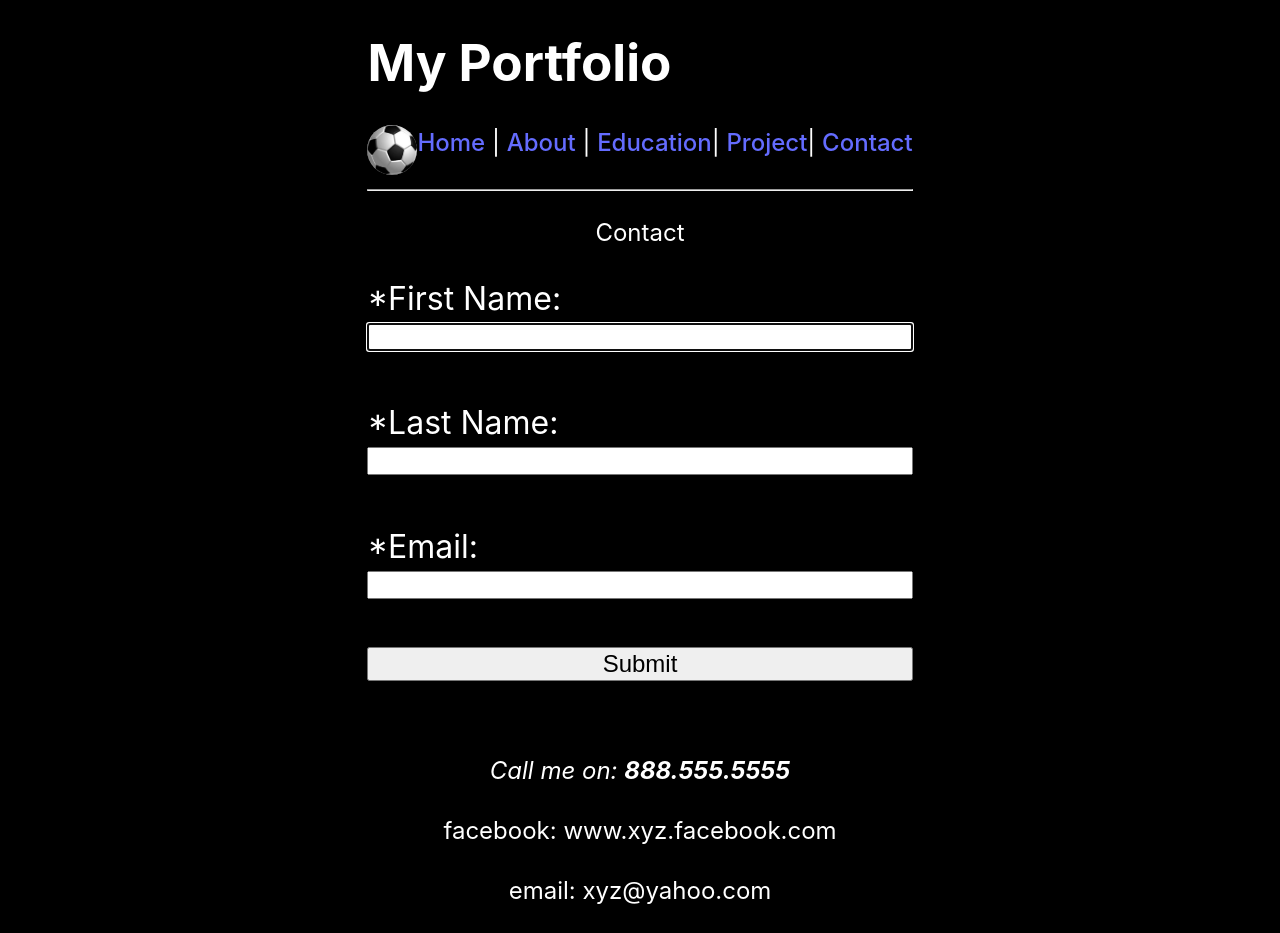
Repository: lilsooin/COMP229SEC0022024_Group_Project
Page: /contact (app in client/)
An editor plug-in stored every save of this project. The page is shown before and after a run of saves, followed by the edit.
The browser window is 1280 px wide. The pictures show the whole page.
The project was rebuilt for these pictures with package versions that can differ from the ones it lists, and the page was loaded fresh each time. Also part of the build but not shown: client/vite.config.js, client/components/Home.jsx, client/src/about.css, client/src/about.jsx, client/src/education.jsx, client/src/project.css, client/src/project.jsx.

Above is the page before, as saved 2024-10-07 18:59:48.

### client/src/App.jsx
import React from 'react';
import { BrowserRouter as Router } from 'react-router-dom';
//import { ThemeProvider } from '@material-ui/styles';
import MainRouter from '../MainRouter';
//import Contact from './contact'
//import theme from '../theme';
//import { hot } from 'react-hot-loader'
const App = () => {
 return (
 <Router>

 <MainRouter />

 </Router>
 );
};
export default App;

### client/src/index.css
:root {
  font-family: Inter, system-ui, Avenir, Helvetica, Arial, sans-serif;
  line-height: 1.5;
  font-weight: 400;

  color-scheme: light dark;
  color: rgba(255, 255, 255, 0.87);
  background-color: #242424;

  font-synthesis: none;
  text-rendering: optimizeLegibility;
  -webkit-font-smoothing: antialiased;
  -moz-osx-font-smoothing: grayscale;
}

a {
  font-weight: 500;
  color: #646cff;
  text-decoration: inherit;
}
a:hover {
  color: #535bf2;
}

body {
  margin: 0;

  place-items: center;
  min-width: 320px;
  min-height: 100vh;
  background-color:black;
  color:white;
  align-content: center;
}

h1 {
  font-size: 3.2em;
  line-height: 1.1;
}

button {
  border-radius: 8px;
  border: 1px solid transparent;
  padding: 0.6em 1.2em;
  font-size: 1em;
  font-weight: 500;
  font-family: inherit;
  background-color: #1a1a1a;
  cursor: pointer;
  transition: border-color 0.25s;
}
button:hover {
  border-color: #646cff;
}
button:focus,
button:focus-visible {
  outline: 4px auto -webkit-focus-ring-color;
}

@media (prefers-color-scheme: light) {
  :root {
    color: #213547;
    background-color: #ffffff;
  }
  a:hover {
    color: #747bff;
  }
  button {
    background-color: #f9f9f9;
  }
}

nav {
float:right;
font-size:x-large;

}






.bg{
  position:absolute;
  top: -4em;
  right: 0;
  z-index: -1;
  object-fit: cover;
  height: 100vh;

}

.introContent {
  height: 100vh;
  width: 100vw;
  padding: 3em;
  padding-top: 1em;
  font-size: 3em;
  font-weight: 700;

  justify-content: center;
}

.hello {
  font-size: 1.75rem;
  font-weight:100px;
}

.introName {
  color: Blue;
}


.introPara {
  font-size: 40px;
  font-weight: 100;
}

.btn {
  background: white;
  margin: 1rem 0;
  padding: 0.75rem 1.5rem;
  border: none;
  border-radius: 2rem;
}


.btnImg{
  object-fit: cover;
  margin: 0 0.25rem;
  height: 1rem;
}

@media screen and (max-width:480px){
  .bg {
    right: -20vw
  }
}

img{
border-radius: 90%;
size: 40px;

}

html{
  scroll-behavior: smooth;
  overflow-x: hidden;
  overflow-y: scroll;
  margin-left: auto;
  margin-right: auto;
}

### client/MainRouter.jsx
import React from 'react'
import { Route, Routes } from 'react-router-dom'
import Home from './components/Home'
import About from './src/about'
import Contact from './src/contact'
import Education from './src/education'
import Project from './src/project'
import Layout from './components/layout'
const MainRouter = () => {
 return (<div>
 <Layout/>
 <Routes>

<Route exact path="/" element={<Home />} />
<Route exact path="/about" element={<About />} />
<Route exact path="/education" element={<Education />} />
<Route exact path="/project" element={<Project />} />
<Route exact path="/contact" element={<Contact />} />

 </Routes>
 </div>
 )
}
export default MainRouter

### client/src/contact.jsx
/*import '../src/contact.css'
export default function Contact() {
     return (
     <>
     <p>Contact</p>
     <form id="ffp">


				<label htmlFor="myFName"> *First Name: </label>
				<input type="text" id="myFName" name="myFName" required="required" autoFocus /> <br /> <br />

				<label htmlFor="myLName"> *Last Name: </label>
				<input type="text" id="myLName" name="myLName" required="required" /> <br /> <br />


				<label htmlFor="myEmail"> *Email: </label>
				<input type="email" id="myEmail" name="myEmail" required="required" /> <br /> <br />

				<input type="submit" className="submit" value="Submit" /> <br />


		</form> <br></br>
          <p><i>Call me on: <strong>888.555.5555 </strong></i></p>
 <p>facebook:www.xyz.facebook.com</p>
 <p>email:xyz@yahoo.com</p>
     </>
     );
     }
    */

     import '../src/contact.css';
import { useState } from 'react';

export default function Contact() {
    const [formData, setFormData] = useState({
        myFName: '',
        myLName: '',
        myEmail: '',
    });

    const handleChange = (event) => {
        const { name, value } = event.target;
        setFormData((prevData) => ({
            ...prevData,
            [name]: value,
        }));
    };

    const handleSubmit = async (event) => {
        event.preventDefault(); // Prevent the default form submission

        try {
            const response = await fetch('http://localhost:3000/api/contacts', {
                method: 'POST',
                headers: {
                    'Content-Type': 'application/json',
                },
                body: JSON.stringify(formData),
            });

            if (!response.ok) {
                throw new Error('Network response was not ok');
            }

            const result = await response.json();
            console.log('Success:', result);
            alert('Data saved successfully!');
            // Optionally reset the form
            setFormData({
                myFName: '',
                myLName: '',
                myEmail: '',
            });
        } catch (error) {
            console.error('Error:', error);
            alert('There was an error saving the data.');
        }
    };

    return (
        <>
            <p>Contact</p>
            <form id="ffp" onSubmit={handleSubmit}>
                <label htmlFor="myFName"> *First Name: </label>
                <input
                    type="text"
                    id="myFName"
                    name="myFName"
                    value={formData.myFName}
                    onChange={handleChange}
                    required
                    autoFocus
                />
                <br />
                <br />

                <label htmlFor="myLName"> *Last Name: </label>
                <input
                    type="text"
                    id="myLName"
                    name="myLName"
                    value={formData.myLName}
                    onChange={handleChange}
                    required
                />
                <br />
                <br />

                <label htmlFor="myEmail"> *Email: </label>
                <input
                    type="email"
                    id="myEmail"
                    name="myEmail"
                    value={formData.myEmail}
                    onChange={handleChange}
                    required
                />
                <br />
                <br />

                <input type="submit" className="submit" value="Submit" />
                <br />
            </form>
            <br />
            <p>
                <i>Call me on: <strong>888.555.5555 </strong></i>
            </p>
            <p>facebook: www.xyz.facebook.com</p>
            <p>email: xyz@yahoo.com</p>
        </>
    );
}

### client/components/layout.jsx
import React from 'react';
import { Link } from 'react-router-dom';
import football1 from '../src/assets/football1.jfif';
export default function Layout() {
 return (
 <>

 <h1>My Portfolio</h1>

 < img src={football1}alt="football" className="football" width="50px" height="50px"/>
 <nav>

 <Link to="/">Home</Link> | <Link to="/about">About</Link> | <Link to="/education">Education</Link>| <Link to="/project">Project</Link>| <Link to="/contact">Contact</Link>
 </nav>

<br/>
 <hr />

 </>

 );
}

### client/src/contact.css
#ffp{




    max-width: 50rem;
    display: flex;
    flex-direction: column;
    justify-content: center;
    margin: 0 auto;


}

label{
    font-size:xx-large;
}

input{
    font-size: larger;
}

.submit{
    font-size:x-large;
}

p,a{
    font-size:x-large;
    text-align: center;
}

### client/src/education.css
:root {
    font-family: Inter, system-ui, Avenir, Helvetica, Arial, sans-serif;
    line-height: 1.5;
    font-weight: 400;

    color-scheme: light dark;
    color: rgba(255, 255, 255, 0.87);
    background-color: #242424;

    font-synthesis: none;
    text-rendering: optimizeLegibility;
    -webkit-font-smoothing: antialiased;
    -moz-osx-font-smoothing: grayscale;
  }

  a {
    font-weight: 500;
    color: #646cff;
    text-decoration: inherit;
  }
  a:hover {
    color: #535bf2;
  }

  body {
    margin: auto;

    place-items: center;
    min-width: 320px;
    min-height: 100vh;
    background-color:black;
    color:white;
    align-content: center;
  }

  h1 {
    font-size: 3.2em;
    line-height: 1.1;
  }

  button {
    border-radius: 8px;
    border: 1px solid transparent;
    padding: 0.6em 1.2em;
    font-size: 1em;
    font-weight: 500;
    font-family: inherit;
    background-color: #1a1a1a;
    cursor: pointer;
    transition: border-color 0.25s;
  }
  button:hover {
    border-color: #646cff;
  }
  button:focus,
  button:focus-visible {
    outline: 4px auto -webkit-focus-ring-color;
  }

  @media (prefers-color-scheme: light) {
    :root {
      color: #213547;
      background-color: #ffffff;
    }
    a:hover {
      color: #747bff;
    }
    button {
      background-color: #f9f9f9;
    }
  }

  nav {
  float:right;
  font-size:x-large;

  }






  .bg{
    position:absolute;
    top: -4em;
    right: 0;
    z-index: -1;
    object-fit: cover;
    height: 100vh;

  }

  .introContent {
    height: 100vh;
    width: 100vw;
    padding: 3em;
    padding-top: 1em;
    font-size: 3em;
    font-weight: 700;

    justify-content: center;
  }

  .hello {
    font-size: 1.75rem;
    font-weight:100px;
  }

  .introName {
    color: Blue;
  }


  .introPara {
    font-size: 40px;
    font-weight: 100;
  }

  .btn {
    background: white;
    margin: 1rem 0;
    padding: 0.75rem 1.5rem;
    border: none;
    border-radius: 2rem;
  }


  .btnImg{
    object-fit: cover;
    margin: 0 0.25rem;
    height: 1rem;
  }

  @media screen and (max-width:480px){
    .bg {
      right: -20vw
    }
  }

  img{
  border-radius: 90%;
  size: 40px;

  }

  html{
    scroll-behavior: smooth;
    overflow-x: hidden;
    overflow-y: scroll;
    margin-left: auto;
    margin-right: auto;
  }

Loaded but not shown: client/index.html (common file); client/src/main.jsx (common file)

After the next 3 saves:
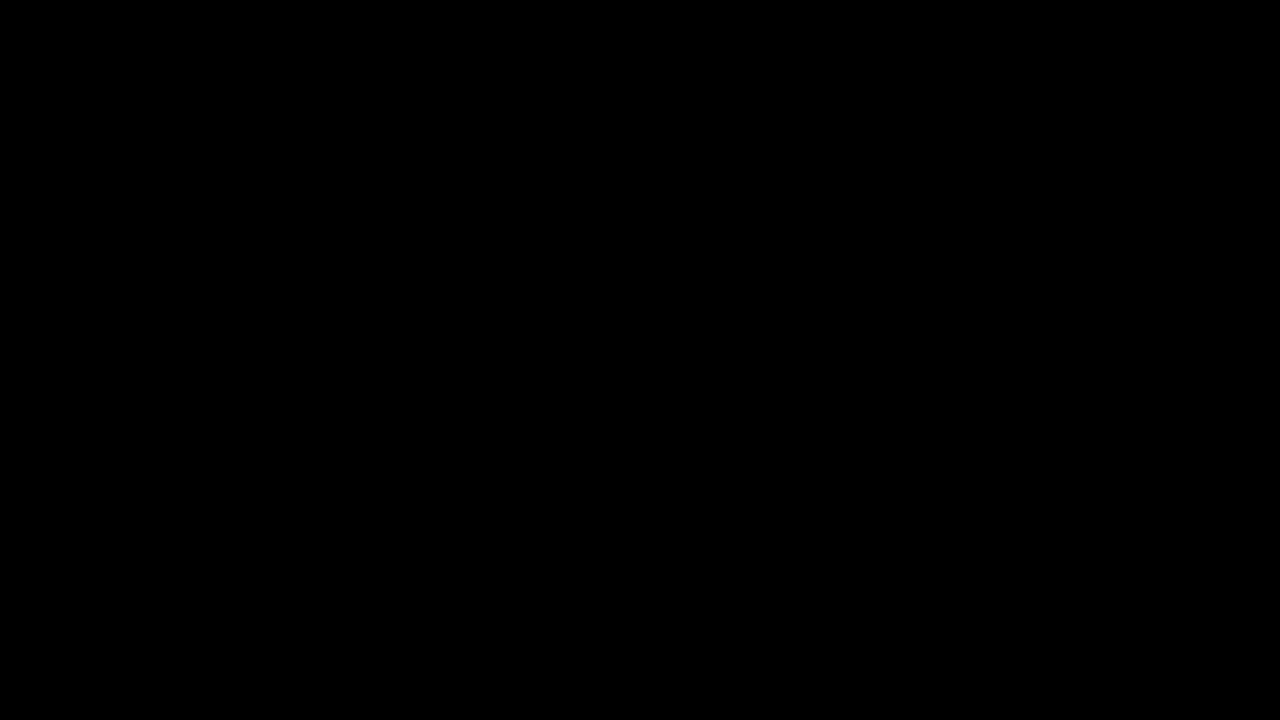
Console error (its wording comes from the project's code and is left out).
The 3 saves are shown as one change because 1 did not build or start and some came seconds apart.
The last was saved 26 min 38 s later.
--- a/client/src/contact.jsx
+++ b/client/src/contact.jsx
@@ -28,7 +28,7 @@
      }
     */
 
-     import '../src/contact.css';
+    /* import '../src/contact.css';
 import { useState } from 'react';
 
 export default function Contact() {
@@ -130,3 +130,4 @@
         </>
     );
 }
+*/

After the 2 saves that followed:
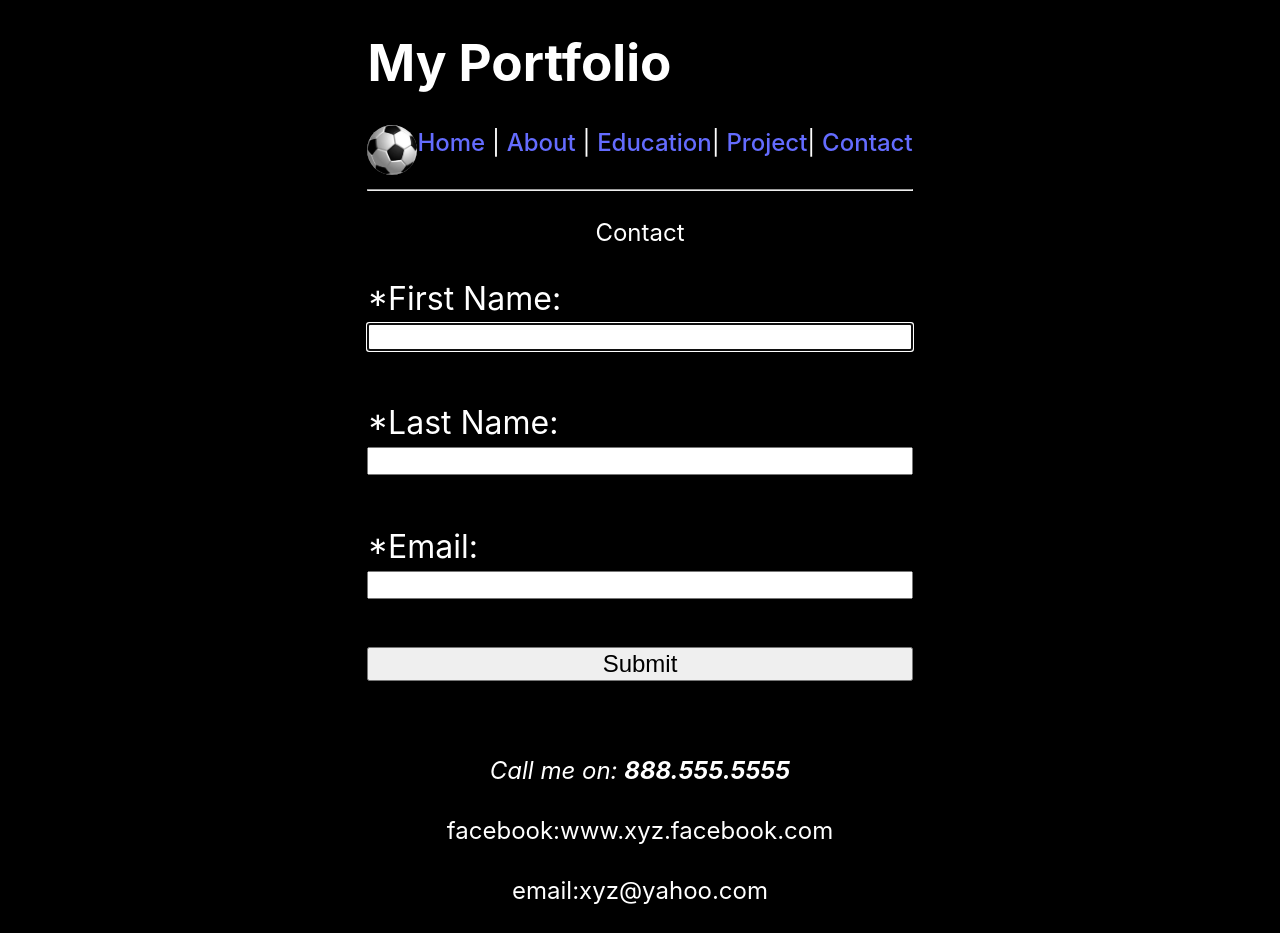
The error is gone.
The 2 saves are shown as one change because 1 did not build or start.
The last was saved 26 s later.
--- a/client/src/contact.jsx
+++ b/client/src/contact.jsx
@@ -1,4 +1,4 @@
-/*import '../src/contact.css'
+import '../src/contact.css'
 export default function Contact() {
      return (
      <>
@@ -26,7 +26,7 @@
      </>
      );
      }
-    */
+
 
     /* import '../src/contact.css';
 import { useState } from 'react';
